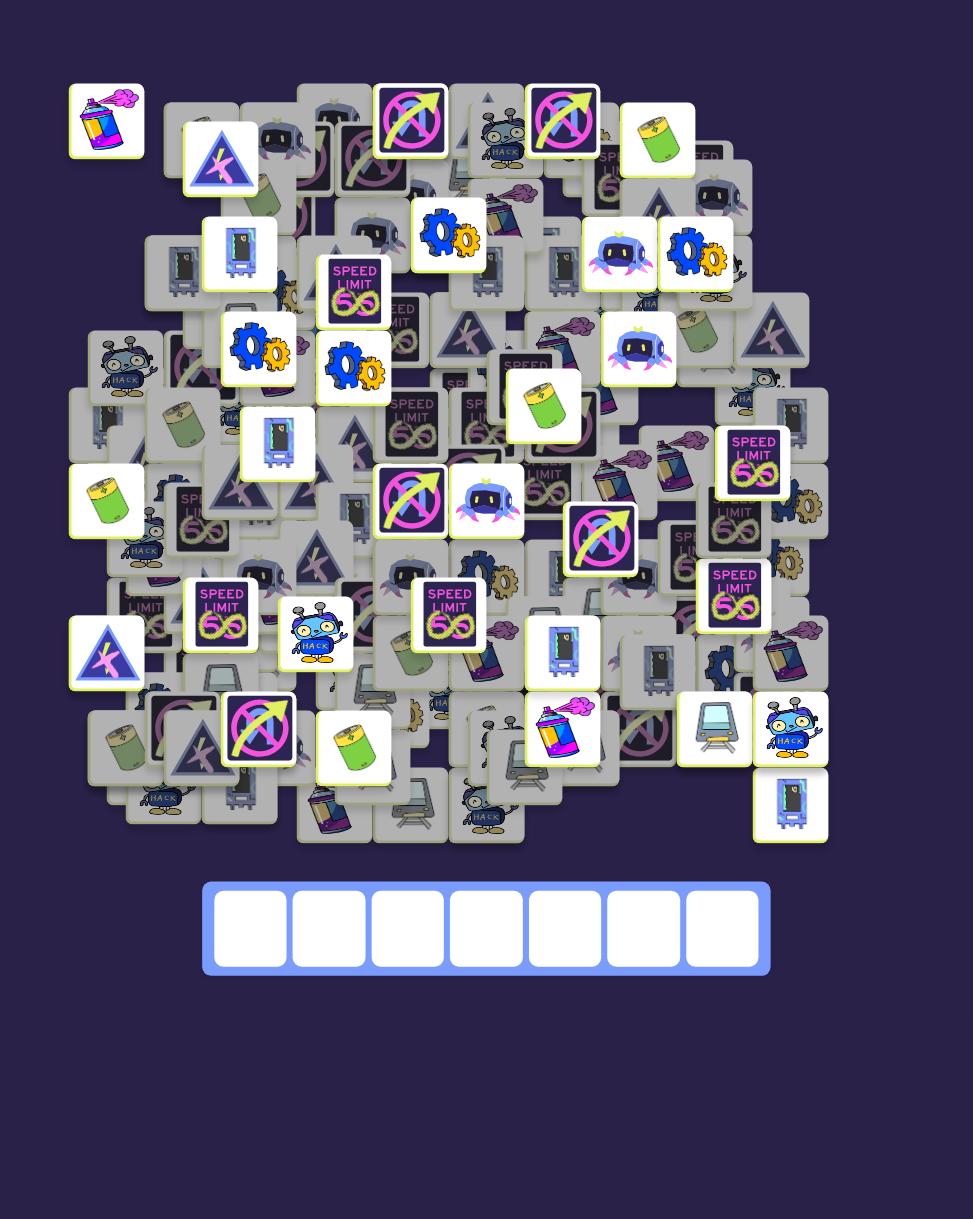
Repository: Avril-Cui/hack-puzzle
Page: / (app in client/)
An editor plug-in stored every save of this project. The page is shown before and after the next save, followed by the edit.
The browser window is 1280 px wide. The pictures show the whole page, at 76% of full size.
The project was rebuilt for these pictures with package versions that can differ from the ones it lists, and the page was loaded fresh each time. The framework's server and built-in components were replaced by stand-ins that run in the browser. Also part of the build but not shown: client/next.config.ts.

Above is the page before, as saved 2025-06-11 20:44:19.

### client/app/page.tsx
import Game from "../components/Game";

export default function Home() {
  return (
    <div>
      <Game />
    </div>
  );
}

### client/app/globals.css
@import "tailwindcss";

:root {
  --background: #292148;
}

@theme inline {
  --color-background: var(--background);
  --color-foreground: var(--foreground);
  --font-sans: var(--font-geist-sans);
  --font-mono: var(--font-geist-mono);
}

@media (prefers-color-scheme: dark) {
  :root {
    --background: #292148;
  }
}

body {
  background: var(--background);
  color: var(--foreground);
  font-family: Arial, Helvetica, sans-serif;
}

### client/components/Game.tsx
"use client";
import React, { useEffect, useState } from "react";
import styles from "./Game.module.css";

interface Tile {
  id: string;
  x: number;
  y: number;
  status: number; // 0 = unpicked, 1 = in queue
  iconName: string;
}

const CELL_SIZE = 100;
const ICONS = ["🍀", "🌈", "⚙️", "🐏", "🐯", "🐤", "📚", "🧠", "💻", "🐼"];

const PuzzleGame: React.FC = () => {
  const [tiles, setTiles] = useState<Tile[]>([]);
  const [queue, setQueue] = useState<Tile[]>([]);

  useEffect(() => {
    fetch("/scene.json")
      .then((res) => res.json())
      .then((data: Tile[]) => setTiles(data));
  }, []);

  const handleClick = (tile: Tile) => {
    if (queue.length >= 7) return;

    const newQueue = [...queue, tile];
    const sameTiles = newQueue.filter((t) => t.iconName === tile.iconName);

    // If 3 same tiles exist, remove them
    if (sameTiles.length === 3) {
      const newQueueFiltered = newQueue.filter(
        (t) => t.iconName !== tile.iconName
      );
      setQueue(newQueueFiltered);
    } else {
      setQueue(newQueue);
    }

    // Remove the tile from the board
    setTiles((t) => t.filter((x) => x.id !== tile.id));
  };

  // returns true if tile at `idx` is overlapped by any later (higher) tile still in play
  const isCovered = (idx: number) => {
    const cur = tiles[idx];
    if (cur.status !== 0) return false;
    for (let j = idx + 1; j < tiles.length; j++) {
      const other = tiles[j];
      if (other.status !== 0) continue;
      // bounding‐box overlap?
      if (
        !(
          cur.x + CELL_SIZE <= other.x ||
          other.x + CELL_SIZE <= cur.x ||
          cur.y + CELL_SIZE <= other.y ||
          other.y + CELL_SIZE <= cur.y
        )
      ) {
        return true;
      }
    }
    return false;
  };

  const getIconPath = (iconName: string) => {
    const extMap: Record<string, string> = {
      icons0: "svg",
      icons1: "png",
      icons2: "png",
      icons3: "png",
      icons4: "svg",
      icons5: "jpg",
      icons6: "jpg",
      icons7: "jpg",
      icons8: "svg",
      icons9: "svg",
    };
    return `/icons/${iconName}.${extMap[iconName] || "png"}`;
  };

  return (
    <div className={styles.gameContainer}>
      <div className={styles.tileBoard}>
        {tiles.map((tile, idx) => {
          // inactive if picked OR if covered by any tile with a higher array-index
          const inactive = tile.status !== 0 || isCovered(idx);

          return (
            <div
              key={tile.id}
              className={`${styles.tile} ${inactive ? styles.inactive : ""}`}
              style={{
                left: tile.x,
                top: tile.y,
                zIndex: idx, // ensures later array items actually draw on top
              }}
              onClick={() => {
                if (!inactive && queue.length < 7) handleClick(tile);
              }}
            >
              <img
                src={getIconPath(tile.iconName)}
                alt={tile.iconName}
                className={styles.tileInner}
              />
            </div>
          );
        })}
      </div>

      <div className={styles.queueBar}>
        {queue.map((t) => (
          <div key={t.id} className={styles.queueTile}>
            <img
              src={getIconPath(t.iconName)}
              alt={t.iconName}
              className={styles.tileInner}
              style={{ filter: "none", opacity: 1 }}
            />
          </div>
        ))}
        {Array.from({ length: 7 - queue.length }).map((_, i) => (
          <div key={i} className={styles.queueTile} />
        ))}
      </div>
    </div>
  );
};

export default PuzzleGame;

### client/components/Game.module.css
.gameContainer {
  display: flex;
  flex-direction: column;
  align-items: center;
  margin-top: 10em;
  margin-bottom: 20em;
}

.tileBoard {
  position: relative;
  width: 1000px;
  height: 900px;
  background-color: transparent; /* remove green board background */
}

.tile {
  position: absolute;
  width: 100px;
  height: 100px;
  background: white;
  border-radius: 10px;
  font-size: 40px;
  border-left: 4px solid #e1f060;
  border-bottom: 4px solid #e1f060;
  display: flex;
  align-items: center;
  justify-content: center;
  transition: transform 0.2s ease, opacity 0.3s ease;
  box-shadow: 0 8px 10px rgba(0, 0, 0, 0.15);
  cursor: pointer;
}

.tileInner {
  width: 100%;
  height: 100%;
  display: flex;
  justify-content: center;
  align-items: center;
  overflow: hidden;
  padding: 5%; /* optional, for consistent inner margin */
}

.tileInner img {
  max-width: 100%;
  max-height: 100%;
  object-fit: contain;
  pointer-events: none;
}

.covered {
  background: #ccc;
  opacity: 0.4;
  pointer-events: none;
}

.queueBar {
  margin-top: 100px;
  display: flex;
  justify-content: center;
  gap: 12px;
  padding: 12px;
  background: #7A9CFF;
  border-radius: 10px;
  box-shadow: 0 2px 6px rgba(0, 0, 0, 0.1);
}

.queueBar {
  display: flex;
  justify-content: flex-start;
  gap: 8px;
  padding: 12px 16px;
  background-color: #7A9CFF;
  border-radius: 12px;
  width: calc((100px * 7) + (8px * 6)); /* = 748px */
  min-height: 100px; /* same as tile height */
}

.queueTile {
  width: 100px;
  height: 100px;
  background-color: white;
  border-radius: 12px;
  box-shadow: 4px 4px 0 #7A9CFF;
  display: flex;
  align-items: center;
  justify-content: center;
}

.queueTile img {
  width: 100%;
  height: 100%;
  object-fit: contain;
  padding: 8px;
}

.inactive {
  filter: saturate(35%) brightness(70%);
  pointer-events: none;
}

Loaded but not shown: client/app/layout.tsx (common file); client/public/scene.json (2162 lines, source omitted)

After the next save:
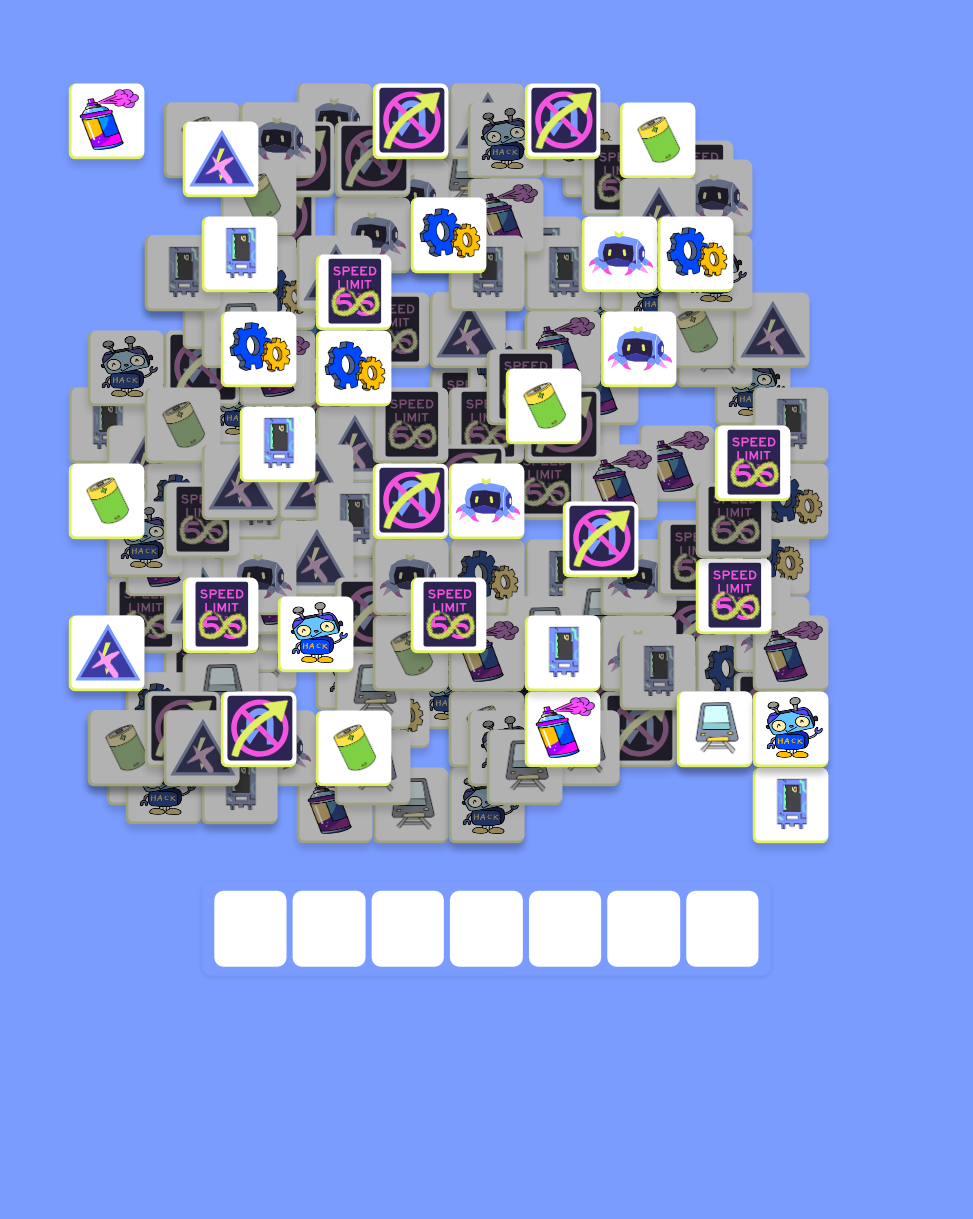
Saved 100 s later.
--- a/client/app/globals.css
+++ b/client/app/globals.css
@@ -1,7 +1,7 @@
 @import "tailwindcss";
 
 :root {
-  --background: #292148;
+  --background: #7A9CFF;
 }
 
 @theme inline {
@@ -13,7 +13,7 @@
 
 @media (prefers-color-scheme: dark) {
   :root {
-    --background: #292148;
+    --background: #7A9CFF;
   }
 }
 
